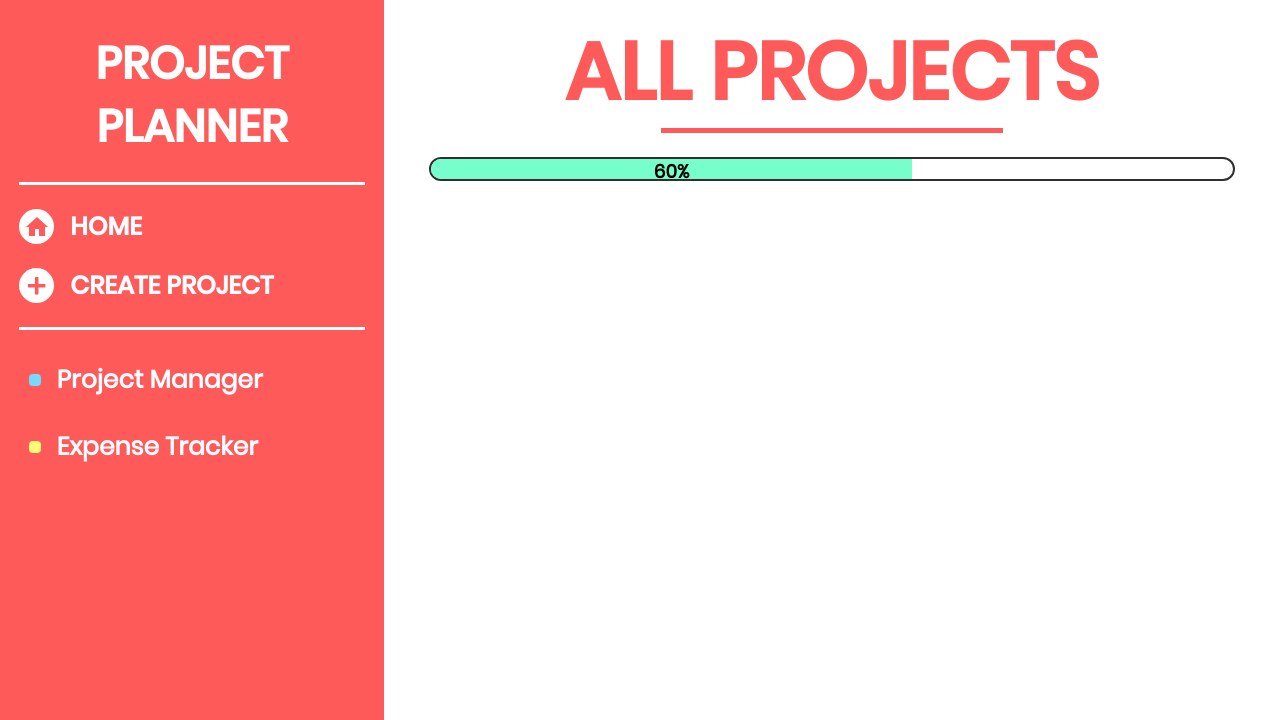
Repository: AzharMoosa/project-manager
Page: /
These files come from the project's save history. The page is drawn as it stood at one moment and after the next save; the edit follows.
The browser window is 1280 px wide. The pictures show the whole page.
The project was rebuilt for these pictures with package versions that can differ from the ones it lists, and the page was loaded fresh each time.

Above is the page before, as saved 2020-06-22 10:57:09.

### public/index.html
<!DOCTYPE html>
<html lang="en">
  <head>
    <meta charset="utf-8" />
    <link rel="icon" href="%PUBLIC_URL%/favicon.ico" />
    <meta name="viewport" content="width=device-width, initial-scale=1" />
    <meta name="theme-color" content="#000000" />
    <meta
      name="description"
      content="Web site created using create-react-app"
    />
    <link rel="apple-touch-icon" href="%PUBLIC_URL%/logo192.png" />

    <link rel="manifest" href="%PUBLIC_URL%/manifest.json" />

    <title>Project Planner</title>
  </head>
  <body>
    <noscript>You need to enable JavaScript to run this app.</noscript>
    <div id="root"></div>
  </body>
</html>

### src/App.js
import React from "react";
import Sidebar from "./components/sidebar/Siebar";
import Home from "./components/home/Home";
import { ProjectProvider } from "./ProjectContext";

import "./App.css";

function App() {
  return (
    <ProjectProvider>
      <div className='container'>
        <Sidebar />
        <Home />
      </div>
    </ProjectProvider>
  );
}

export default App;

### src/components/sidebar/Siebar.js
import React from "react";
import Header from "./Header";
import ProjectList from "../project-list/ProjectList";

const Siebar = () => {
  return (
    <div className='sidebar'>
      <Header />
      <ProjectList />
    </div>
  );
};

export default Siebar;

### src/components/home/Home.js
import React from "react";
import ProgressBar from "./ProgressBar";

const Home = () => {
  return (
    <div className='home'>
      <h1 className='home-title'>ALL PROJECTS</h1>
      <ProgressBar />
    </div>
  );
};

export default Home;

### src/ProjectContext.js
import React, { useState, createContext } from "react";

export const ProjectContext = createContext();

export const ProjectProvider = (props) => {
  const [projects, setProjects] = useState([
    {
      name: "Project Manager",
      overview:
        "A project management application which allows you to plan personal projects and track its progress.  Create detail plans of projects before developing projects.",
      tools: ["HTML", "CSS", "JAVASCRIPT", "REACT"],
      progress: 60,
      tasks: [
        "Create Project Plans",
        "Todo List for Each Project",
        "Track Progress",
        "Priority List",
        "Choose Tools In Each Project",
        "Clean And Simple Design",
        "Use REACT",
      ],
      color: "blue",
      date: "26/06/2020",
      id: 28392,
    },

    {
      name: "Expense Tracker",
      overview:
        "A expense tracker application which allows you to budget and track your savings.  Track what expenses you have",
      tools: ["HTML", "CSS", "JAVASCRIPT", "REACT"],
      progress: 40,
      tasks: [
        "Expenses In And Out",
        "Current Balance",
        "Highest Money Out",
        "Clean And Simple Design",
        "Use REACT",
      ],
      color: "yellow",
      date: "",
      id: 2032,
    },
  ]);

  return (
    <ProjectContext.Provider value={[projects, setProjects]}>
      {props.children}
    </ProjectContext.Provider>
  );
};

### src/App.css
:root {
  --red: #ff5a5a;
  --green: #76ffca;
  --blue: #76daff;
  --yellow: #fffa76;
  --purple: #ab76ff;
}

/* CSS RESET */

* {
  margin: 0;
  padding: 0;
  box-sizing: border-box;
}

/* Fonts */

@font-face {
  font-family: "Poppins-Med";
  src: url("./fonts/Poppins-Medium.ttf");
}

@font-face {
  font-family: "Poppins-Reg";
  src: url("./fonts/Poppins-Regular.ttf");
}

/* Body */

body {
  font-family: "Poppins-Reg";
  line-height: 1.4;
}

/* Utilities */

/* Bullet Points */

.project-side:before,
.blue:before,
.yellow:before,
.green:before,
.purple:before {
  content: " ";
  height: 12px;
  width: 12px;
  margin-right: 1rem;
  border-radius: 4px;
}

.blue:before {
  background-color: var(--blue);
}

.yellow:before {
  background-color: var(--yellow);
}

.green:before {
  background-color: var(--green);
}

.purple:before {
  background-color: var(--purple);
}

/* Container */
.container {
  display: flex;
  overflow: hidden;
}

/* Sidebar */
.sidebar {
  width: 30vw;
  background-color: var(--red);
  height: 100vh;
  color: #fff;
}

.title {
  font-size: 45px;
  font-family: "Poppins-Med";
  text-align: center;
  padding-top: 2rem;
}

.nav-btns::after,
.nav-btns:before {
  content: " ";
  display: block;
  border-bottom: 3px solid #fff;
  width: 100%;
  margin: 1.5rem auto;
}

.nav-btns {
  width: 90%;
  margin: auto;
}

.home-btn,
.create-project-btn {
  display: flex;
  align-items: center;
  margin-top: 1.5rem;
}

.home-btn h3,
.create-project-btn h3 {
  margin-left: 1rem;
  font-family: "Poppins-Med";
  font-size: 25px;
}

.home-btn svg,
.create-project-btn svg {
  cursor: pointer;
}

/* Home */

.home {
  width: 70vw;
  display: flex;
  flex-direction: column;
}

.home-title {
  font-size: 80px;
  font-family: "Poppins-Med";
  color: var(--red);
  text-align: center;
  margin-top: 1rem;
}

.home-title:after {
  content: " ";
  display: block;
  border-bottom: 5px solid var(--red);
  width: 342px;
  margin: 0 auto 1.5rem auto;
}

/* Project Sidebar List */
.project-side {
  width: 85%;
  margin: 2rem auto;
  display: flex;
  align-items: center;
  cursor: pointer;
}

.project-side h3 {
  font-size: 25px;
}

/* Progress Bar */
.progressbar {
  width: 90%;
  background-color: #fff;
  border: 2px solid #2f2f2f;
  border-radius: 13px;
  margin: 0 auto;
}

.progressbar > div {
  background-color: var(--green);
  width: 60%;
  height: 20px;
  border-radius: 10px 0 0 10px;
}

.progressbar h3 {
  display: flex;
  justify-content: center;
  align-items: center;
}

### src/components/sidebar/Header.js
import React from "react";

const Header = () => {
  return (
    <div>
      <h1 className='title'>PROJECT PLANNER</h1>
      <div className='nav-btns'>
        <div className='home-btn'>
          <svg
            xmlns='http://www.w3.org/2000/svg'
            width='35'
            height='35'
            viewBox='0 0 35 35'
          >
            <g
              id='Home_Btn'
              data-name='Home Btn'
              transform='translate(-139 -182)'
            >
              <circle
                id='Ellipse_1'
                data-name='Ellipse 1'
                cx='17.5'
                cy='17.5'
                r='17.5'
                transform='translate(139 182)'
                fill='#fff'
              />
              <path
                id='icons8-home'
                d='M12,2.1,1,12H4v9h6V14h4v7h6V12h3Z'
                transform='translate(145 187.9)'
                fill='#ff5a5a'
              />
            </g>
          </svg>
          <h3>HOME</h3>
        </div>

        <div className='create-project-btn'>
          <svg
            xmlns='http://www.w3.org/2000/svg'
            width='35'
            height='35'
            viewBox='0 0 35 35'
          >
            <g id='Group_6' data-name='Group 6' transform='translate(-50 -242)'>
              <circle
                id='Ellipse_2'
                data-name='Ellipse 2'
                cx='17.5'
                cy='17.5'
                r='17.5'
                transform='translate(50 242)'
                fill='#fff'
              />
              <path
                id='icons8-plus'
                d='M8.922,2V8.922H2v1.538H8.922v6.922h1.538V10.461h6.922V8.922H10.461V2Z'
                transform='translate(58 250)'
                fill='#ff5a5a'
                stroke='#ff5a5a'
                strokeWidth='2'
                fillRule='evenodd'
              />
            </g>
          </svg>
          <h3>CREATE PROJECT</h3>
        </div>
      </div>
    </div>
  );
};

export default Header;

### src/components/project-list/ProjectList.js
import React, { useContext } from "react";
import { ProjectContext } from "../../ProjectContext";
import ProjectSide from "./ProjectSide";

const ProjectList = () => {
  // eslint-disable-next-line
  const [projects, setProjects] = useContext(ProjectContext);

  return (
    <div>
      {projects.map((project) => (
        <ProjectSide
          name={project.name}
          color={project.color}
          key={project.id}
        />
      ))}
    </div>
  );
};

export default ProjectList;

### src/components/home/ProgressBar.js
import React from "react";

const ProgressBar = () => {
  return (
    <div className='progressbar'>
      <div>
        <h3>60%</h3>
      </div>
    </div>
  );
};

export default ProgressBar;

### src/components/project-list/ProjectSide.js
import React from "react";

const Project = ({ name, color }) => {
  return (
    <div className={`project-side ${color}`}>
      <h3>{name}</h3>
    </div>
  );
};

export default Project;

Loaded but not shown: src/index.js (common file)

After the next save:
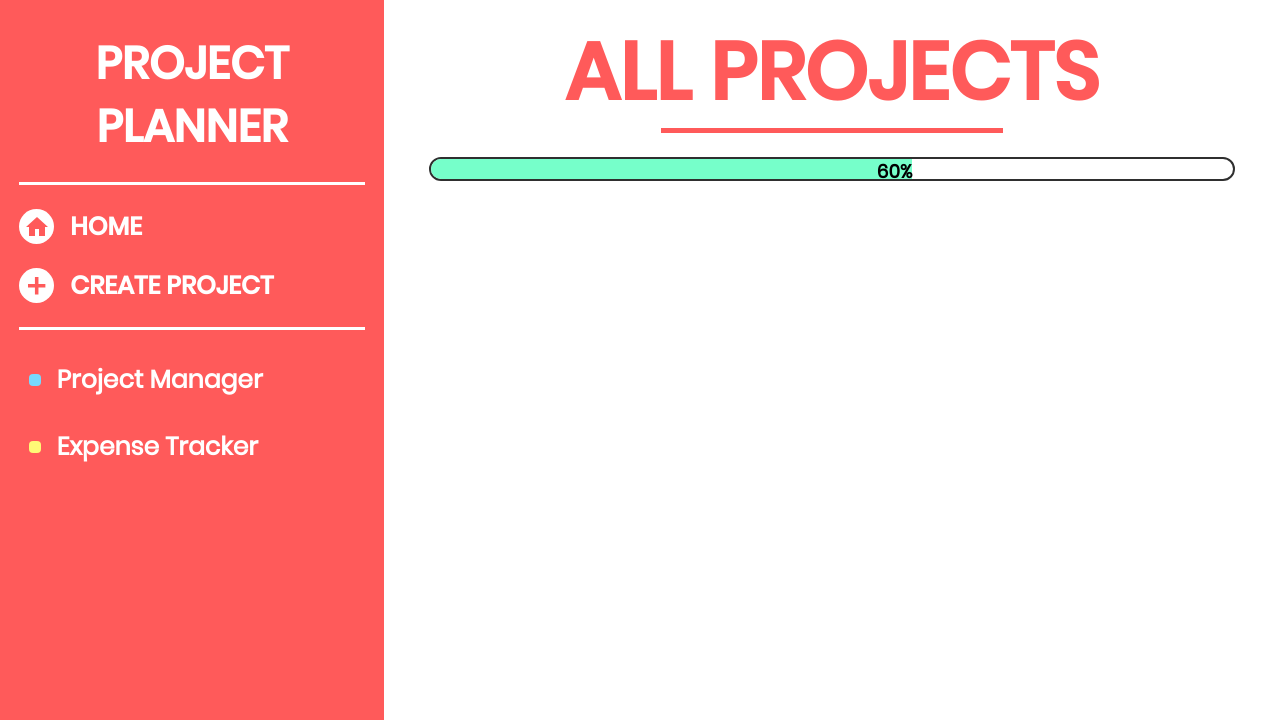
Saved 4 s later.
--- a/src/App.css
+++ b/src/App.css
@@ -174,6 +174,6 @@ body {
 
 .progressbar h3 {
   display: flex;
-  justify-content: center;
+  justify-content: flex-end;
   align-items: center;
 }
